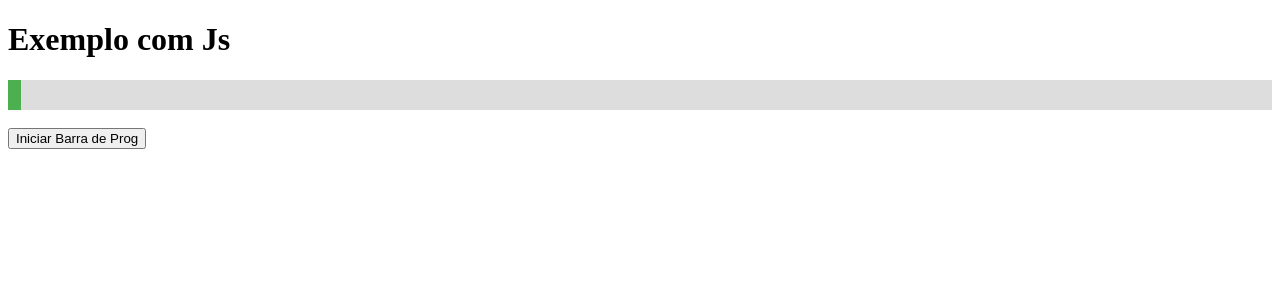
Repository: VictorGOrellana/RecursosJava
Page: http://localhost/curso.edu/pages/progressBar.jsp
An editor plug-in stored every save of this project. The page is shown before and after the next save, followed by the edit.
The browser window is 1280 px wide. The pictures show the whole page.
The page is served by Tomcat 9. Nobody is signed in. The application's start-up code is not run.

Above is the page before, as saved 2019-07-25 18:08:56.

After the next save:
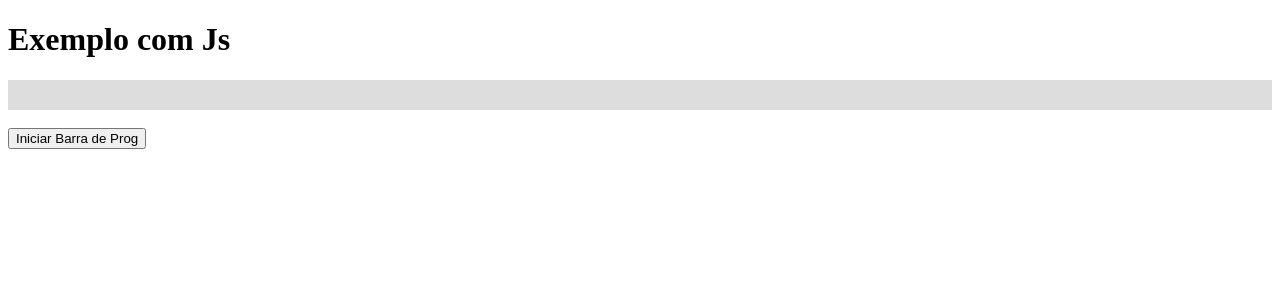
Saved 79 s later.
--- a/curso.edu/WebContent/pages/progressBar.jsp
+++ b/curso.edu/WebContent/pages/progressBar.jsp
@@ -13,7 +13,7 @@
 }
 
 #myBar {
-	width: 1%;
+	width: 0%;
 	height: 30px;
 	background-color: #4CAF50;
 
